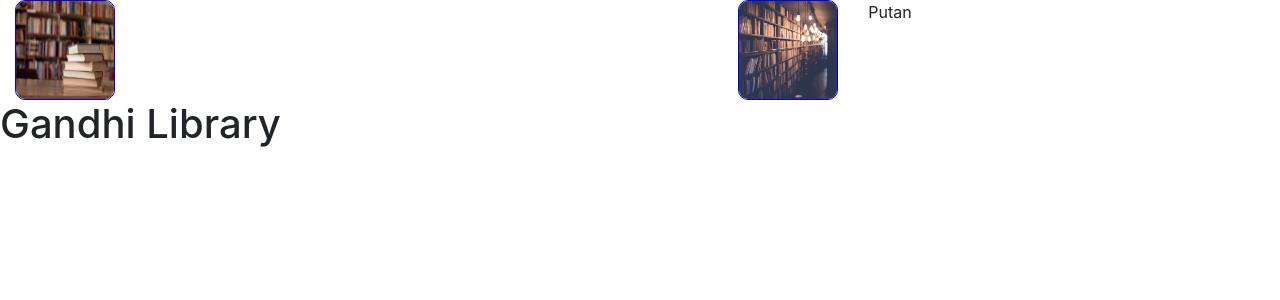
Repository: venkatesakki/JavaDeveloper
Page: css_examples/src/main/webapp/examplebootstrap.html
These files come from the project's save history. The page is drawn as it stood at one moment and after the next save; the edit follows.
The browser window is 1280 px wide. The pictures show the whole page.

Above is the page before, as saved 2022-06-27 09:13:20.

### css_examples/src/main/webapp/examplebootstrap.html
<!DOCTYPE html>
<html>
<head>
<meta charset="UTF-8">
<title>Insert title here</title>
<link rel="stylesheet" href="https://cdn.jsdelivr.net/npm/bootstrap@4.0.0/dist/css/bootstrap.min.css" integrity="sha384-Gn5384xqQ1aoWXA+058RXPxPg6fy4IWvTNh0E263XmFcJlSAwiGgFAW/dAiS6JXm" crossorigin="anonymous">


<style type="text/css">
ul>li {
	display: inline;
	margin-left: 50px;
}

a {
	text-decoration: none;
	font-size: 1.2em;
}

.smallImage {
	width: 100px;
	height: 100px;
	border: 1px solid blue;
	border-radius: 10px;
}

.left {
	float: left;
}

.right {
	float: right;
}
</style>

</head>
<body>

<div class="container-fluid">
<div class="row">

<div class="col-md-4"><img alt="Image of Book" src="images/sample.jpg"
			class="smallImage left"> </div>
<div class="col-md-4"><img alt="Image of Book"
			src="images/sample1.jpeg" class="smallImage right"></div>

<div class="col-md-4">Putan</div>

</div>

</div>



<h1>Gandhi Library</h1>
</body>
</html>

After the next save:
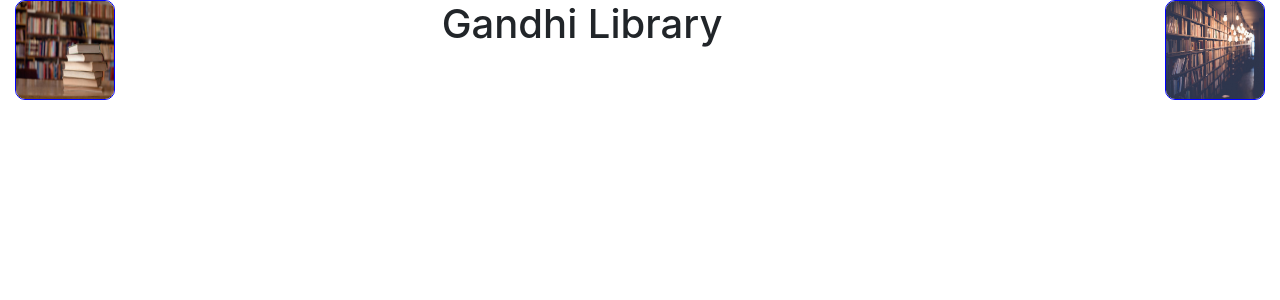
Saved 54 s later.
--- a/css_examples/src/main/webapp/examplebootstrap.html
+++ b/css_examples/src/main/webapp/examplebootstrap.html
@@ -41,10 +41,11 @@ a {
 
 <div class="col-md-4"><img alt="Image of Book" src="images/sample.jpg"
 			class="smallImage left"> </div>
+<div class="col-md-4">
+<h1>Gandhi Library</h1></div>
+
 <div class="col-md-4"><img alt="Image of Book"
 			src="images/sample1.jpeg" class="smallImage right"></div>
-
-<div class="col-md-4">Putan</div>
 
 </div>
 
@@ -52,6 +53,5 @@ a {
 
 
 
-<h1>Gandhi Library</h1>
 </body>
 </html>
